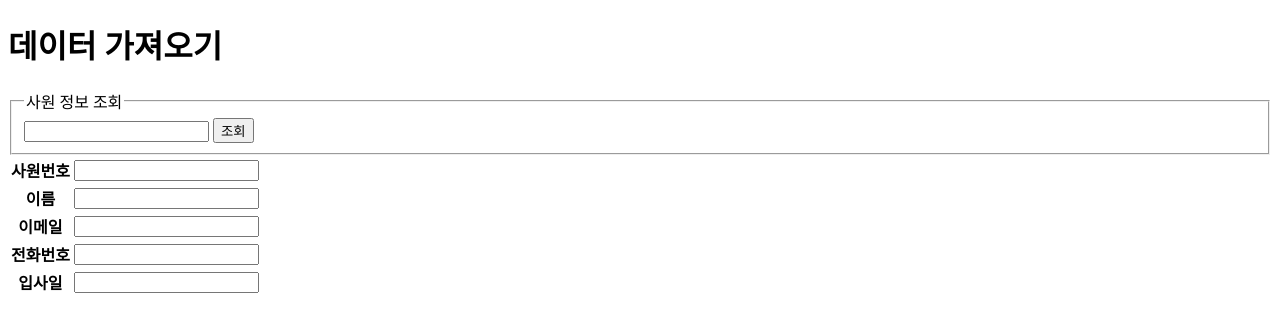
Repository: lafayetteey/WorkSpace_JQ_Ajax
Page: workspace_jq_Ajax/UI_JQ_Ajax/WebContent/jq21_ajax.html
These files come from the project's save history. The page is drawn as it stood at one moment and after the next save; the edit follows.
The browser window is 1280 px wide. The pictures show the whole page.

Above is the page before, as saved 2020-06-22 09:49:45.

### workspace_jq_Ajax/UI_JQ_Ajax/WebContent/jq21_ajax.html
<!DOCTYPE html>
<html>
<head>
<meta charset="UTF-8">
<title>Insert title here</title>
<style type="text/css">

</style>
</head>
<body>
	<h1>데이터 가져오기</h1>
	<fieldset>
		<legend>사원 정보 조회 </legend>
		<input type="text" name="empid">
		<input type="button" id="emp_search" value="조회">
	</fieldset>
	<table>
		<tr>
			<th>사원번호 </th>
			<td><input type="text" name="empNum"></td>
		</tr>
		<tr>
			<th>이름 </th>
			<td><input type="text" name="empName"></td>
		</tr>
		<tr>
			<th>이메일 </th>
			<td><input type="text" name="email"></td>
		</tr>
		<tr>
			<th>전화번호 </th>
			<td><input type="text" name="phone"></td>
		</tr>
		<tr>
			<th>입사일 </th>
			<td><input type="text" name="hireDate"></td>
		</tr>
	</table>
</body>
</html>

After the next save:
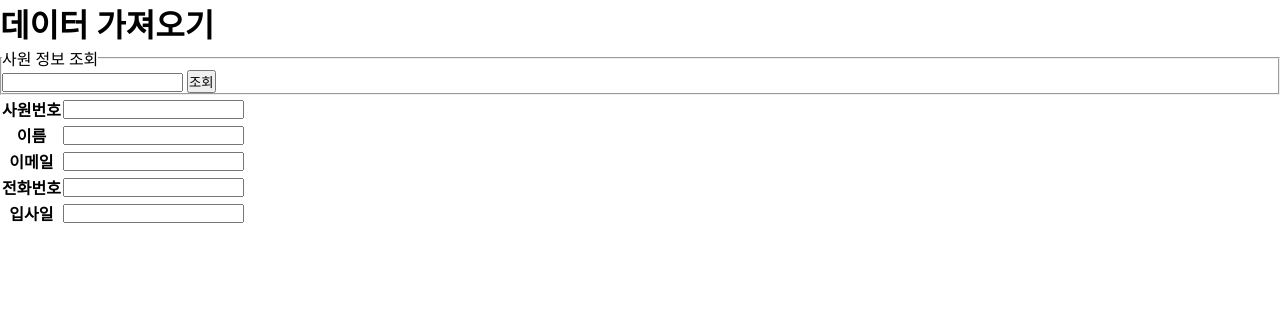
Saved 26 s later.
--- a/workspace_jq_Ajax/UI_JQ_Ajax/WebContent/jq21_ajax.html
+++ b/workspace_jq_Ajax/UI_JQ_Ajax/WebContent/jq21_ajax.html
@@ -4,7 +4,7 @@
 <meta charset="UTF-8">
 <title>Insert title here</title>
 <style type="text/css">
-
+	*{margin:0px; padding: 0px}
 </style>
 </head>
 <body>
